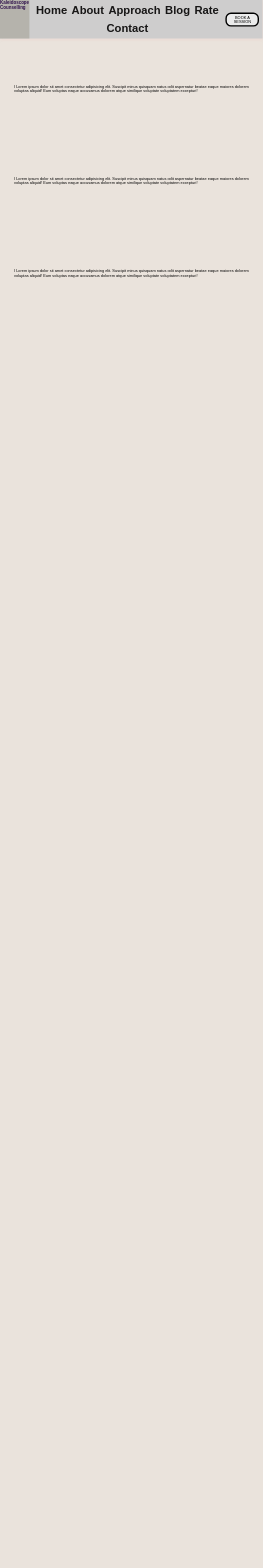
Repository: voutadi/ava-website
Page: index.html
These files come from the project's save history. The page is drawn as it stood at one moment and after a run of saves; the edit follows.
The browser window is 375 px wide. The pictures show the part of the page from y = 0 to 2240 px (the page is 3120 px tall), at 70% of full size.

Above is the page before, as saved 2024-07-03 17:34:47.

After the next 2 saves:
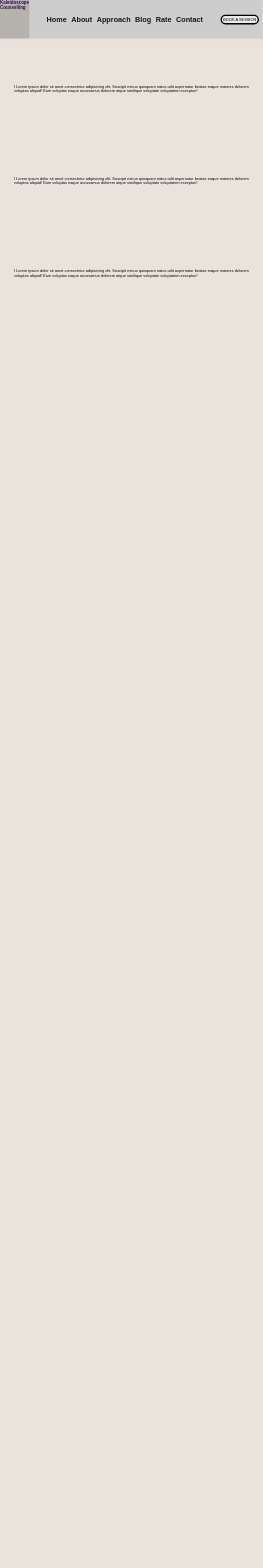
The 2 saves are shown as one change because they came seconds apart.
The last was saved 8 s later.
--- a/styles/style.css
+++ b/styles/style.css
@@ -109,7 +109,7 @@
     margin: 0.2rem;
   }
   .navbar a {
-    font-size: 0.rem;
+    font-size: 0.65rem;
   }
 }
 
